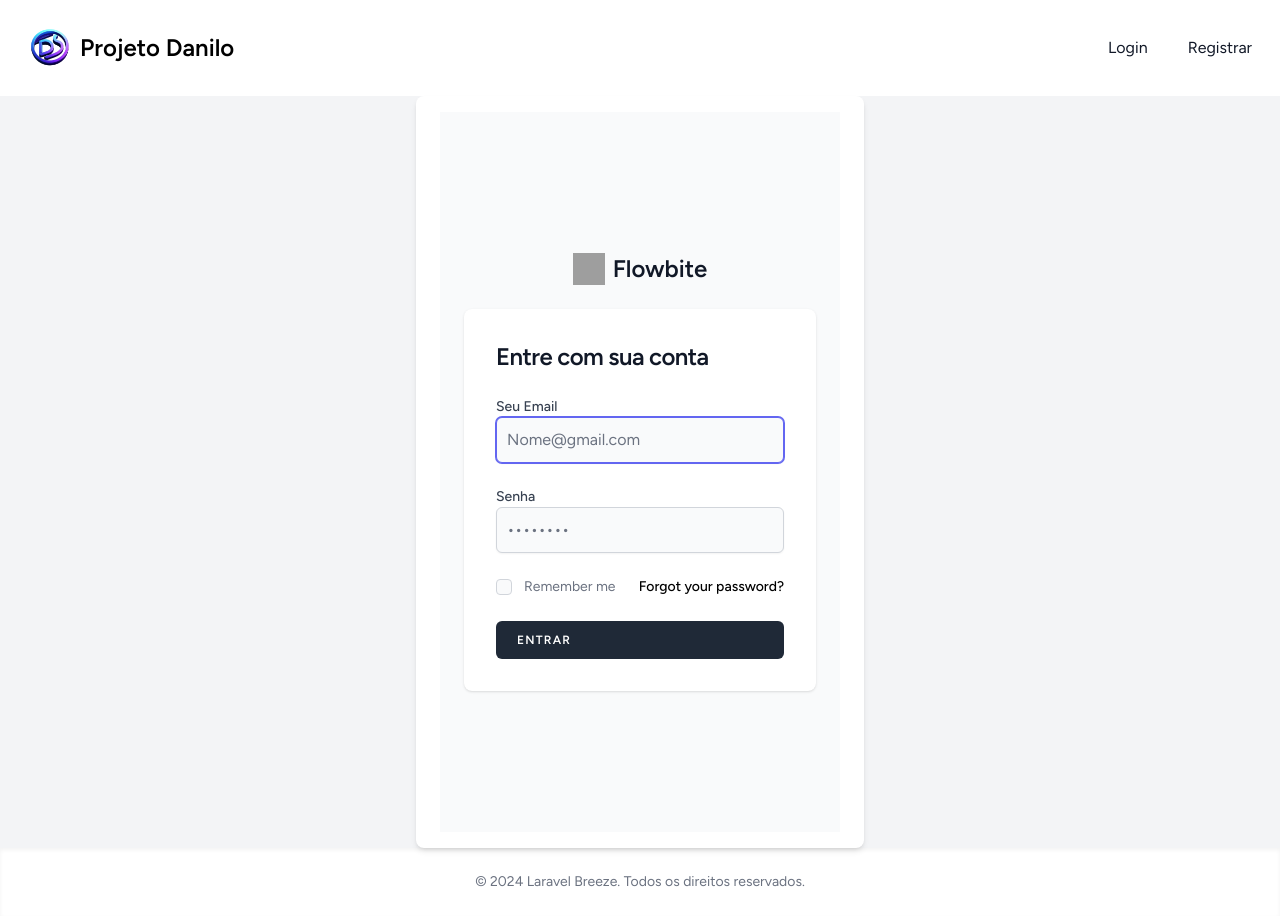
Repository: DaniloSsoares/Projeto-Laravel-site
Page: http://localhost/login
An editor plug-in stored every save of this project. The page is shown before and after the next save, followed by the edit.
The browser window is 1280 px wide. The pictures show the whole page.
Pictures or frames that could not be fetched are drawn as grey boxes. The page is served by the project's Laravel application, run on PHP 8.4 with Laravel 12. Style sheets and scripts are compiled from the project's sources, by tool versions that may differ from the author's.

Above is the page before, as saved 2024-09-10 12:38:29.

After the next save:
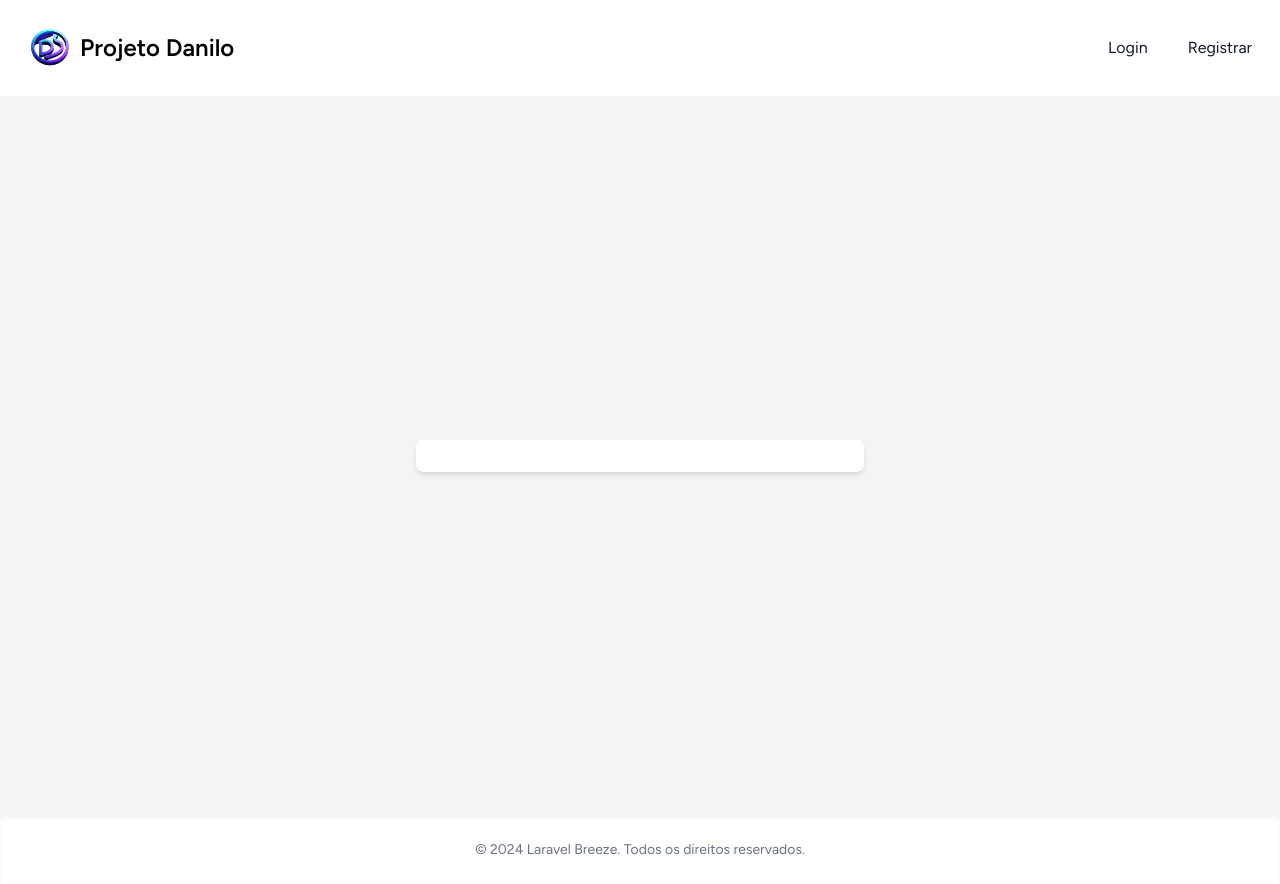
Saved 3 min 56 s later.
--- a/Projeto_Laravel_Crud/resources/views/layouts/guest.blade.php
+++ b/Projeto_Laravel_Crud/resources/views/layouts/guest.blade.php
@@ -41,7 +41,7 @@
         <!-- Main Content -->
         <main class="flex items-center justify-center min-h-screen"> <!-- Adicionando flexbox para centralização -->
             <div class="w-full sm:max-w-md px-6 py-4 bg-white dark:bg-gray-800 shadow-md overflow-hidden sm:rounded-lg">
-                {{ $slot }}
+
             </div>
         </main>
 

After the save that followed:
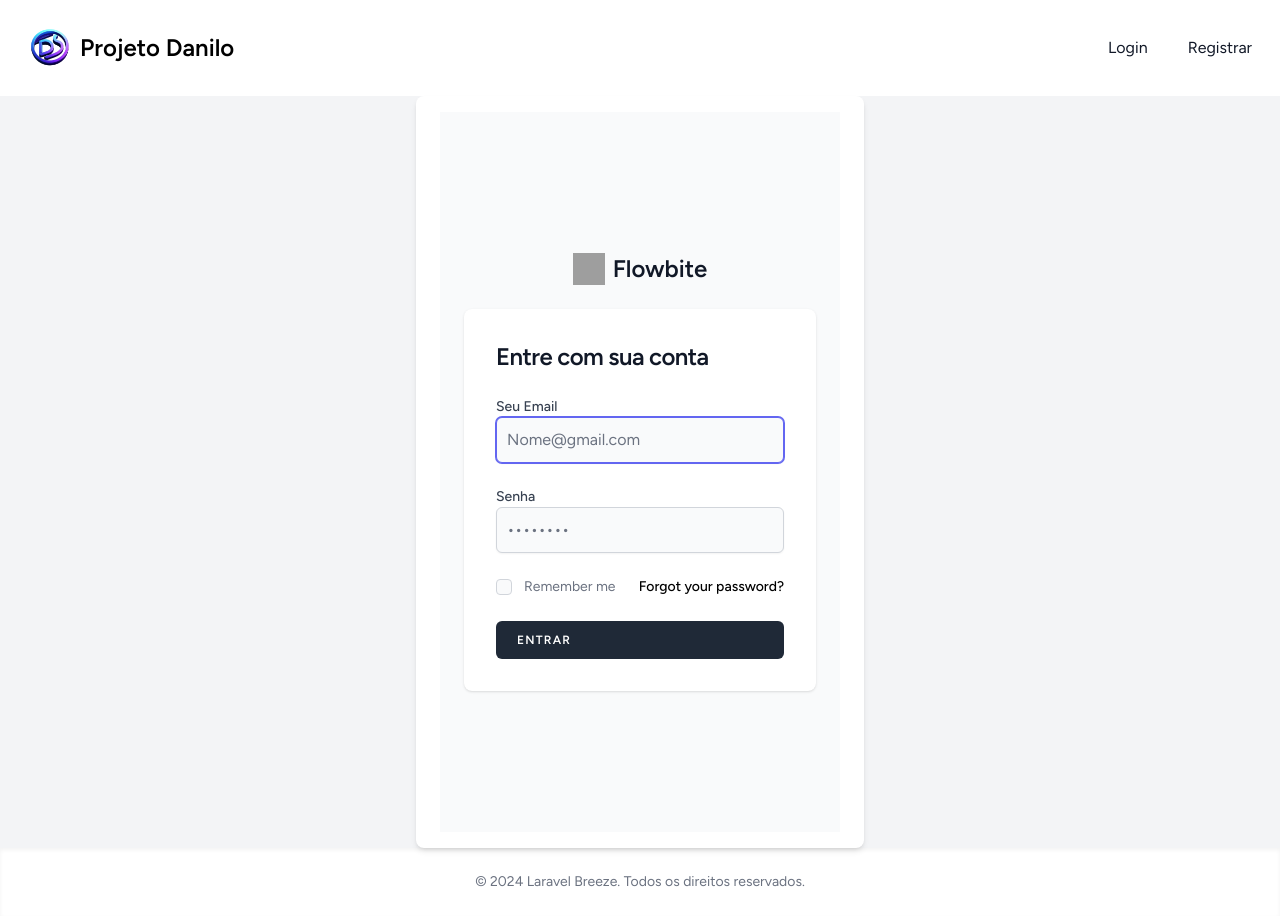
Saved 4 s later.
--- a/Projeto_Laravel_Crud/resources/views/layouts/guest.blade.php
+++ b/Projeto_Laravel_Crud/resources/views/layouts/guest.blade.php
@@ -41,7 +41,7 @@
         <!-- Main Content -->
         <main class="flex items-center justify-center min-h-screen"> <!-- Adicionando flexbox para centralização -->
             <div class="w-full sm:max-w-md px-6 py-4 bg-white dark:bg-gray-800 shadow-md overflow-hidden sm:rounded-lg">
-
+                {{ $slot }}
             </div>
         </main>
 
